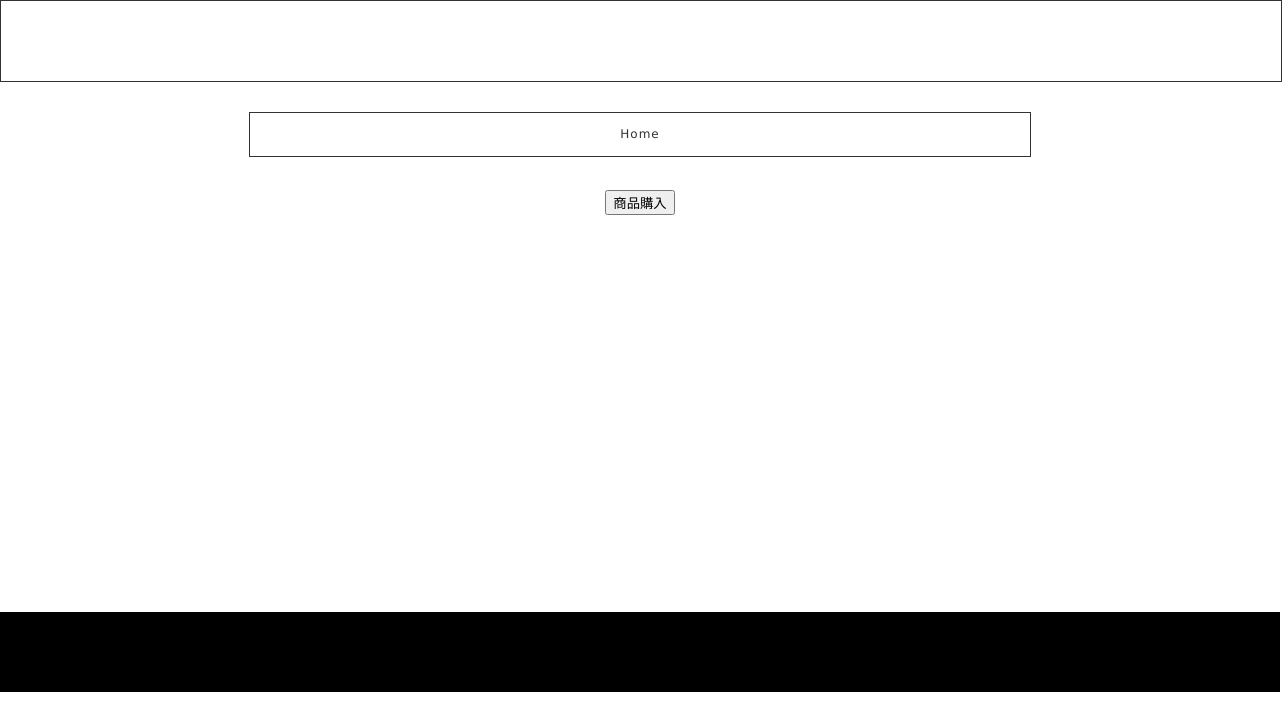
Repository: kazuki000/test
Page: http://localhost/templete2/
The author's editor kept a copy of each file at every save. The page is drawn from the files as they stood at one save, then again after the next save.
The browser window is 1280 px wide. The page is 1282 px wide, then 1280 px, then 1282 px, so the pictures cover 1282 px, including what lies to the right of the window. The pictures show the whole page.
The page is served by Tomcat 9.

Above is the page before, as saved 2019-04-24 15:58:55.

After the next save:
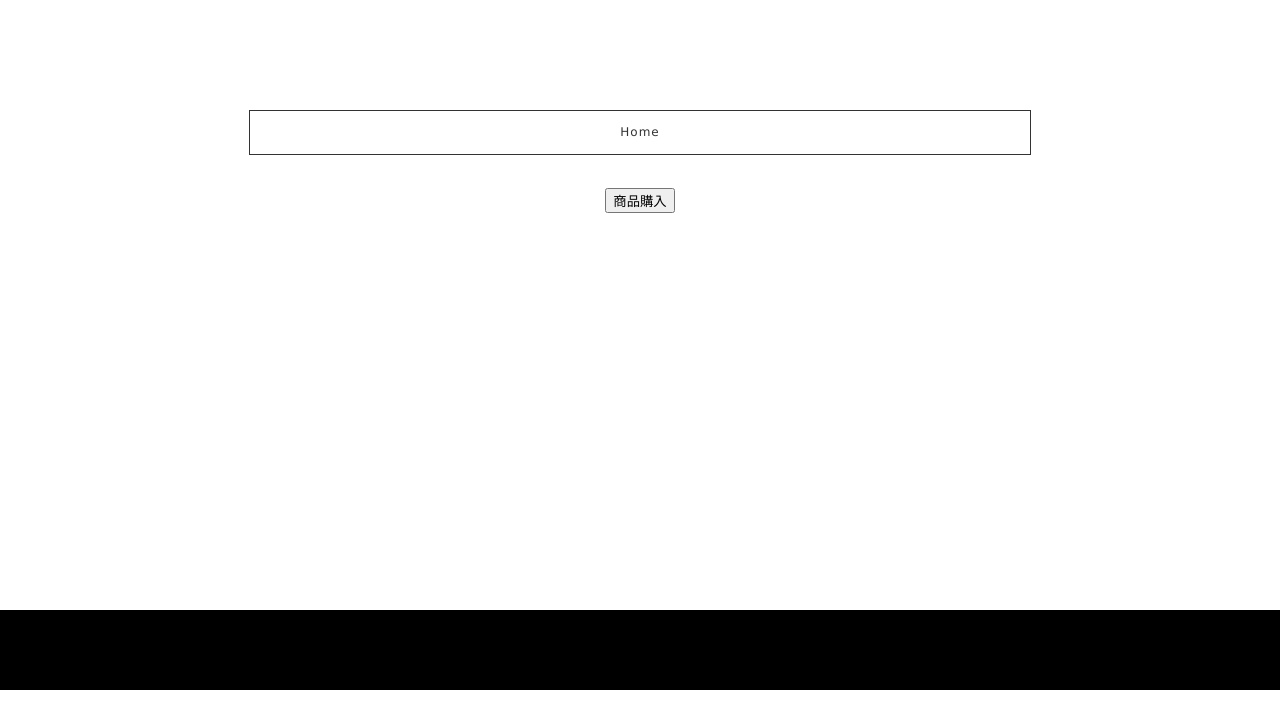
Saved 14 s later.
--- a/templete2/WebContent/home.jsp
+++ b/templete2/WebContent/home.jsp
@@ -39,7 +39,7 @@
      #header{
       width:100%;
       height:80px;
-border: 1px solid #333;
+
      }
 
      #main{

After the save that followed:
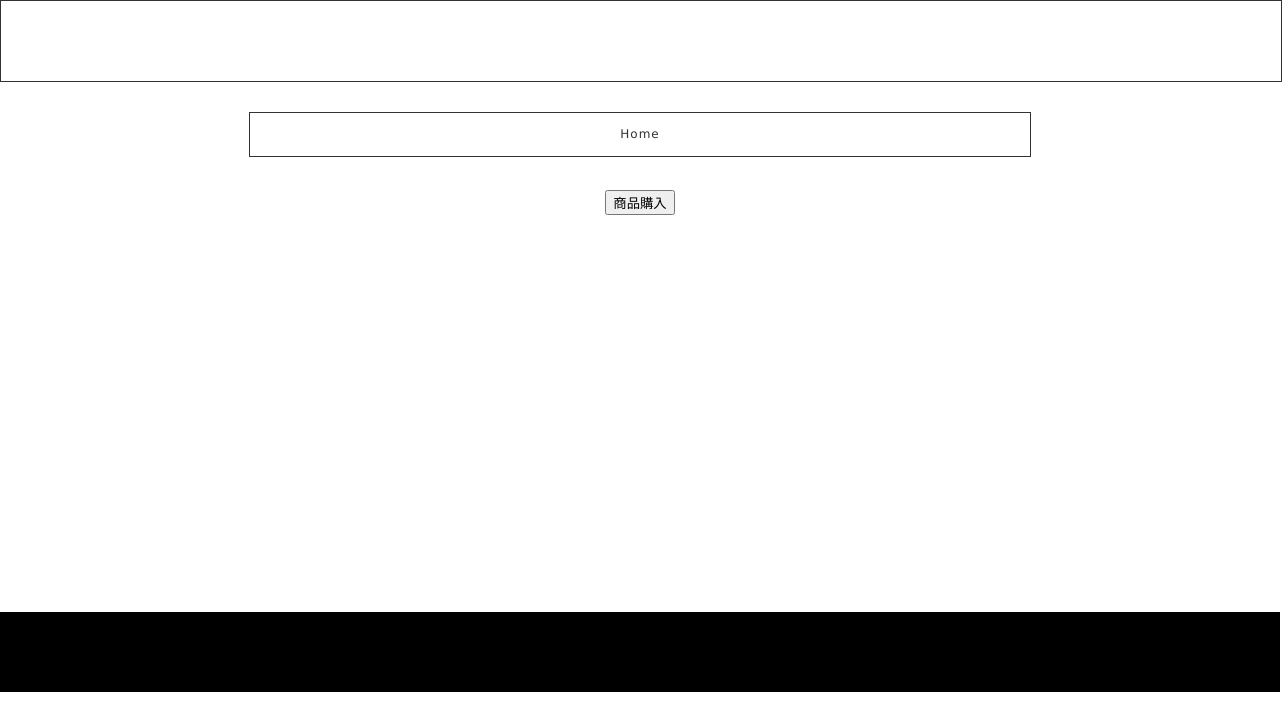
Saved 23 s later.
--- a/templete2/WebContent/home.jsp
+++ b/templete2/WebContent/home.jsp
@@ -39,7 +39,7 @@
      #header{
       width:100%;
       height:80px;
-
+border: 1px solid #333;
      }
 
      #main{
